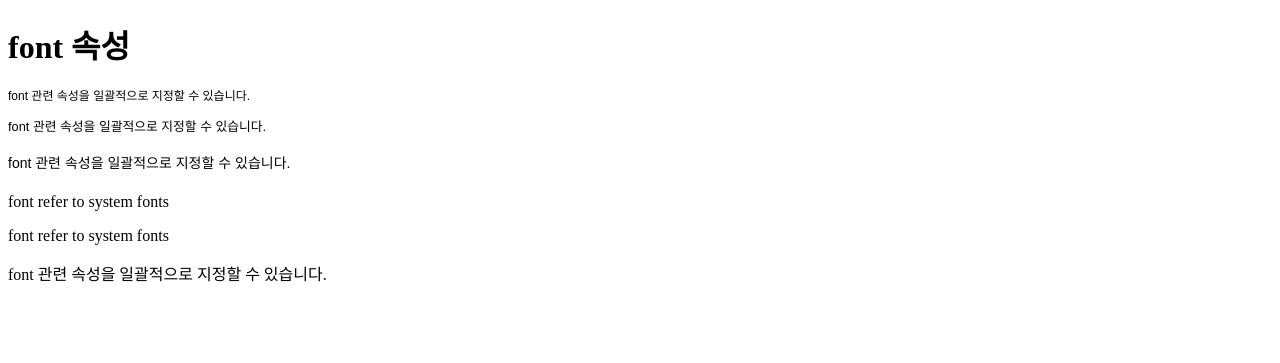
Repository: cussip/SuperHands
Page: WebExam/src/main/webapp/css/fonts/webfont/font.html
An editor plug-in stored every save of this project. The page is shown before and after the next save, followed by the edit.
The browser window is 1280 px wide. The pictures show the whole page.

Above is the page before, as saved 2022-01-30 02:29:51.

### WebExam/src/main/webapp/css/fonts/webfont/font.html
<!DOCTYPE html>
<html>
<head>
	<meta charset="UTF-8">
	<title>font.html</title>
	<style>
		.font01 { font: 12px/14px sans-serif; }
		.font02 { font: 80% sans-serif; }
		.font03 { font: 14px/200% "돋움", sans-serif; }
	</style>
</head>
<body>
	<!--  폰트 관련 속성을 일괄적으로 지정하기 위한 대표 속성 -->
	<h1>font 속성</h1>
	<p class="font01">font 관련 속성을 일괄적으로 지정할 수 있습니다.</p>
	<p class="font02">font 관련 속성을 일괄적으로 지정할 수 있습니다.</p>
	<p class="font03">font 관련 속성을 일괄적으로 지정할 수 있습니다.</p>
	<p class="font04">font refer to system fonts</p>
	<p class="font05">font refer to system fonts</p>
	<p class="font06">font 관련 속성을 일괄적으로 지정할 수 있습니다.</p>
</body>
</html>

After the next save:
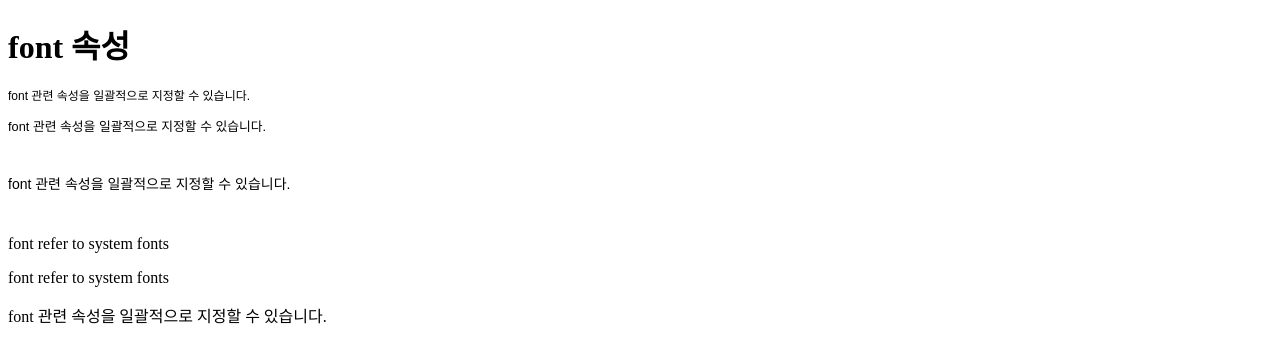
Saved 7 s later.
--- a/WebExam/src/main/webapp/css/fonts/webfont/font.html
+++ b/WebExam/src/main/webapp/css/fonts/webfont/font.html
@@ -6,7 +6,7 @@
 	<style>
 		.font01 { font: 12px/14px sans-serif; }
 		.font02 { font: 80% sans-serif; }
-		.font03 { font: 14px/200% "돋움", sans-serif; }
+		.font03 { font: 14px/500% "돋움", sans-serif; }
 	</style>
 </head>
 <body>
